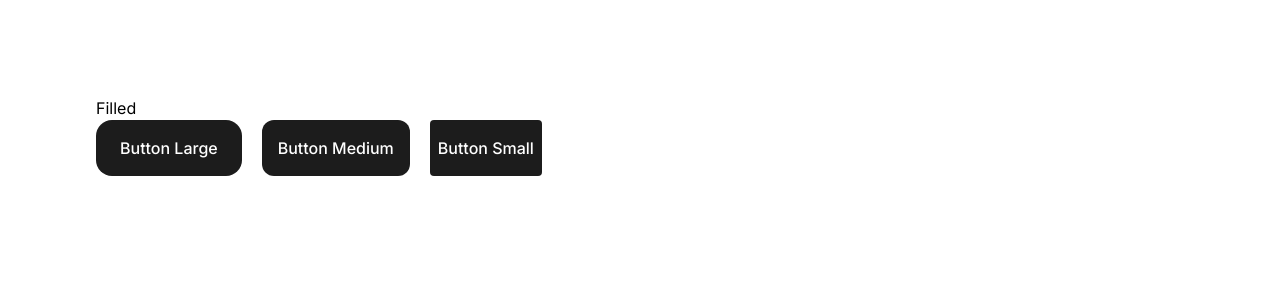
Repository: ggonzaga29/polarized-dashboard
Page: /
These files come from the project's save history. The page is drawn as it stood at one moment and after the next save; the edit follows.
The browser window is 1280 px wide. The pictures show the whole page.
The project was rebuilt for these pictures with package versions that can differ from the ones it lists, and the page was loaded fresh each time. The framework's server and built-in components were replaced by stand-ins that run in the browser. Also part of the build but not shown: next.config.js.

Above is the page before, as saved 2023-08-03 12:54:16.

### src/app/layout.jsx
import './globals.css';
import { Inter } from 'next/font/google';
import { ThemeProvider } from '@/context/theme-provider';

const inter = Inter({ subsets: ['latin'] });

export const metadata = {
  title: 'Polarized | Dashboard',
};

export default function RootLayout({ children }) {
  return (
    <html lang="en">
      <body className={inter.className}>
        <ThemeProvider attribute="class" defaultTheme="system" enableSystem>
          {children}
        </ThemeProvider>
      </body>
    </html>
  );
}

### src/app/page.jsx
import Image from 'next/image';
import { Button } from '@/components/ui/button';

export default function Home() {
  return (
    <main className="min-h-screen flex-col items-center justify-between p-24">
      <h2>Filled</h2>
      <div className="flex gap-5 ">
        <Button variant="filled" size="lg">
          Button Large
        </Button>
        <Button variant="filled" size="md">
          Button Medium
        </Button>
        <Button variant="filled" size="sm">
          Button Small
        </Button>
      </div>
    </main>
  );
}

### src/app/globals.css
@tailwind base;
@tailwind components;
@tailwind utilities;

@layer base {
  :root {
    /* --background: 0 0% 100%;
    --foreground: 240 10% 3.9%;

    --muted: 240 4.8% 95.9%;
    --muted-foreground: 240 3.8% 46.1%;

    --popover: 0 0% 100%;
    --popover-foreground: 240 10% 3.9%;

    --card: 0 0% 100%;
    --card-foreground: 240 10% 3.9%;

    --border: 240 5.9% 90%;
    --input: 240 5.9% 90%;

    --primary: 240 5.9% 10%;
    --primary-foreground: 0 0% 98%;

    --secondary: 240 4.8% 95.9%;
    --secondary-foreground: 240 5.9% 10%;

    --accent: 240 4.8% 95.9%;
    --accent-foreground: 240 5.9% 10%;

    --destructive: 0 84.2% 60.2%;
    --destructive-foreground: 0 0% 98%;

    --ring: 240 5% 64.9%;

    --radius: 0.5rem; */

    /* 1C1C1C */
    --black-100: hsl(0, 0%, 11%);
    --black-80: hsl(0%, 11%, 80%);

    --white-100: hsl(0, 0%, 100%);
    --white-80: hsl(0, 0%, 80%);
    --white-40: hsl(0, 0%, 40%);
    --white-20: hsl(0, 0%, 20%);
    --white-10: hsl(0, 0%, 10%);
    --white-5: hsl(0, 0%, 5%);

    /* F7F9FB */
    --primary-light: hsl(210, 50%, 98%);
    /* E3F5FF */
    --primary-blue: hsl(210, 90%, 95%);
    /* E5ECF6 */
    --primary-purple: hsl(240, 20%, 90%);
    /* 1C1C1C */
    --primary-brand: hsl(0, 0%, 11%);

    /* 95A4FC */
    --secondary-purple-a: hsl(240, 60%, 75%);
    /* A8C5DA */
    --secondary-blue-a: hsl(200, 30%, 75%);
    /* E3F5FF */
    --secondary-blue-b: hsl(210, 90%, 95%);
    /* A1E3CB */
    --secondary-green-a: hsl(160, 70%, 75%);
    /* BAEDBD */
    --secondary-green-b: hsl(100, 40%, 75%);
    /* FFE999 */
    --secondary-yellow: hsl(50, 100%, 75%);
    /* FF4747 */
    --secondary-red: hsl(0, 100, 64);
  }

  .dark {
    /* --background: 240 10% 3.9%;
    --foreground: 0 0% 98%;

    --muted: 240 3.7% 15.9%;
    --muted-foreground: 240 5% 64.9%;

    --popover: 240 10% 3.9%;
    --popover-foreground: 0 0% 98%;

    --card: 240 10% 3.9%;
    --card-foreground: 0 0% 98%;

    --border: 240 3.7% 15.9%;
    --input: 240 3.7% 15.9%;

    --primary: 0 0% 98%;
    --primary-foreground: 240 5.9% 10%;

    --secondary: 240 3.7% 15.9%;
    --secondary-foreground: 0 0% 98%;

    --accent: 240 3.7% 15.9%;
    --accent-foreground: 0 0% 98%;

    --destructive: 0 62.8% 30.6%;
    --destructive-foreground: 0 85.7% 97.3%;

    --ring: 240 3.7% 15.9%; */
  }
}

@layer base {

}

### src/components/ui/button.jsx
import React from 'react';
import { cva } from 'class-variance-authority';
import { twMerge } from 'tailwind-merge';

const button = cva(
  [
    'inline-flex items-center justify-center font-medium transition-colors disabled:pointer-events-none disabled:opacity-50',
  ],
  {
    variants: {
      variant: {
        filled: ['bg-[#1C1C1C]', 'text-white', "hover:bg-[#2C2C2C]"],
				outlined: ['border-[#1C1C1C]', 'text-[#1C1C1C]', 'hover:bg-[#1C1C1C]'],
				gray: ['bg-[#F5F5F5]', 'text-[#1C1C1C]', 'hover:bg-[#E5E5E5]'],
				ghost: ['text-[#1C1C1C]', 'hover:bg-[#1C1C1C]'],
      },

      size: {
        sm: ['px-2', 'py-1', 'rounded'],
        md: ['px-4', 'py-2', 'rounded-xl'],
        lg: ['px-6', 'py-4', 'rounded-2xl'],
      },
    },
  },
);

const Button = ({ variant, size, className, children }) => {
  if (!variant) variant = 'primary';
  if (!size) size = 'md';

  return (
    <button className={twMerge(button({ variant, size }), className)}>
      {children}
    </button>
  );
};

Button.displayName = 'Button';

export { Button };

### tailwind.config.js
/** @type {import('tailwindcss').Config} */
module.exports = {
	darkMode: ["class"],
	content: [
		'./pages/**/*.{js,jsx}',
		'./components/**/*.{js,jsx}',
		'./app/**/*.{js,jsx}',
		'./src/**/*.{js,jsx}',
	],
	theme: {
		// container: {
		//   center: true,
		//   padding: "2rem",
		//   screens: {
		//     "2xl": "1400px",
		//   },
		// },
		extend: {
			colors: {

				black: {
					DEFAULT: "#000000",
					100: "#F5F5F5",
					200: "#EEEEEE",


					// border: "hsl(var(--border))",
					// input: "hsl(var(--input))",
					// ring: "hsl(var(--ring))",
					// background: "hsl(var(--background))",
					// foreground: "hsl(var(--foreground))",
					// primary: {
					//   DEFAULT: "hsl(var(--primary))",
					//   foreground: "hsl(var(--primary-foreground))",
					// },
					// secondary: {
					//   DEFAULT: "hsl(var(--secondary))",
					//   foreground: "hsl(var(--secondary-foreground))",
					// },
					// destructive: {
					//   DEFAULT: "hsl(var(--destructive))",
					//   foreground: "hsl(var(--destructive-foreground))",
					// },
					// muted: {
					//   DEFAULT: "hsl(var(--muted))",
					//   foreground: "hsl(var(--muted-foreground))",
					// },
					// accent: {
					//   DEFAULT: "hsl(var(--accent))",
					//   foreground: "hsl(var(--accent-foreground))",
					// },
					// popover: {
					//   DEFAULT: "hsl(var(--popover))",
					//   foreground: "hsl(var(--popover-foreground))",
					// },
					// card: {
					//   DEFAULT: "hsl(var(--card))",
					//   foreground: "hsl(var(--card-foreground))",
					// },
				},
				borderRadius: {
					// lg: "var(--radius)",
					// md: "calc(var(--radius) - 2px)",
					// sm: "calc(var(--radius) - 4px)",
				},
				keyframes: {
					// "accordion-down": {
					//   from: { height: 0 },
					//   to: { height: "var(--radix-accordion-content-height)" },
					// },
					// "accordion-up": {
					//   from: { height: "var(--radix-accordion-content-height)" },
					//   to: { height: 0 },
					// },
				},
				animation: {
					// "accordion-down": "accordion-down 0.2s ease-out",
					// "accordion-up": "accordion-up 0.2s ease-out",
				},
			},
		},
		plugins: [require("tailwindcss-animate")],
	}
}

Loaded but not shown: src/context/theme-provider.jsx (common file)

After the next save:
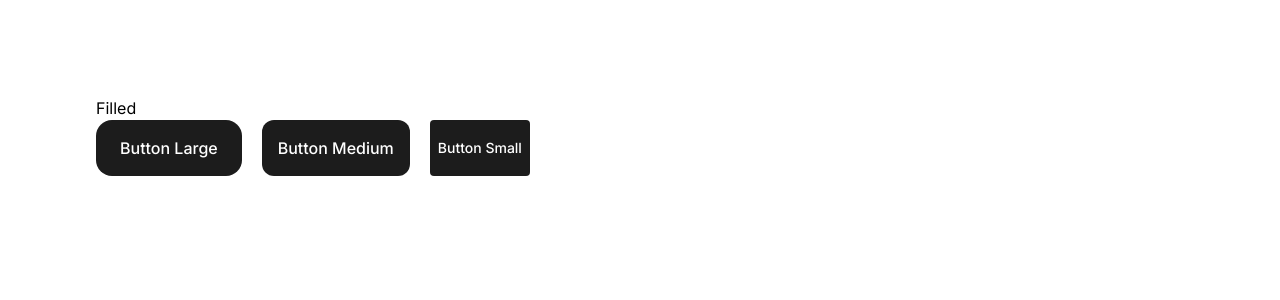
Saved 15 s later.
--- a/src/components/ui/button.jsx
+++ b/src/components/ui/button.jsx
@@ -16,7 +16,7 @@ const button = cva(
       },
 
       size: {
-        sm: ['px-2', 'py-1', 'rounded'],
+        sm: ['px-2', 'py-1', 'rounded', "text-sm"],
         md: ['px-4', 'py-2', 'rounded-xl'],
         lg: ['px-6', 'py-4', 'rounded-2xl'],
       },
